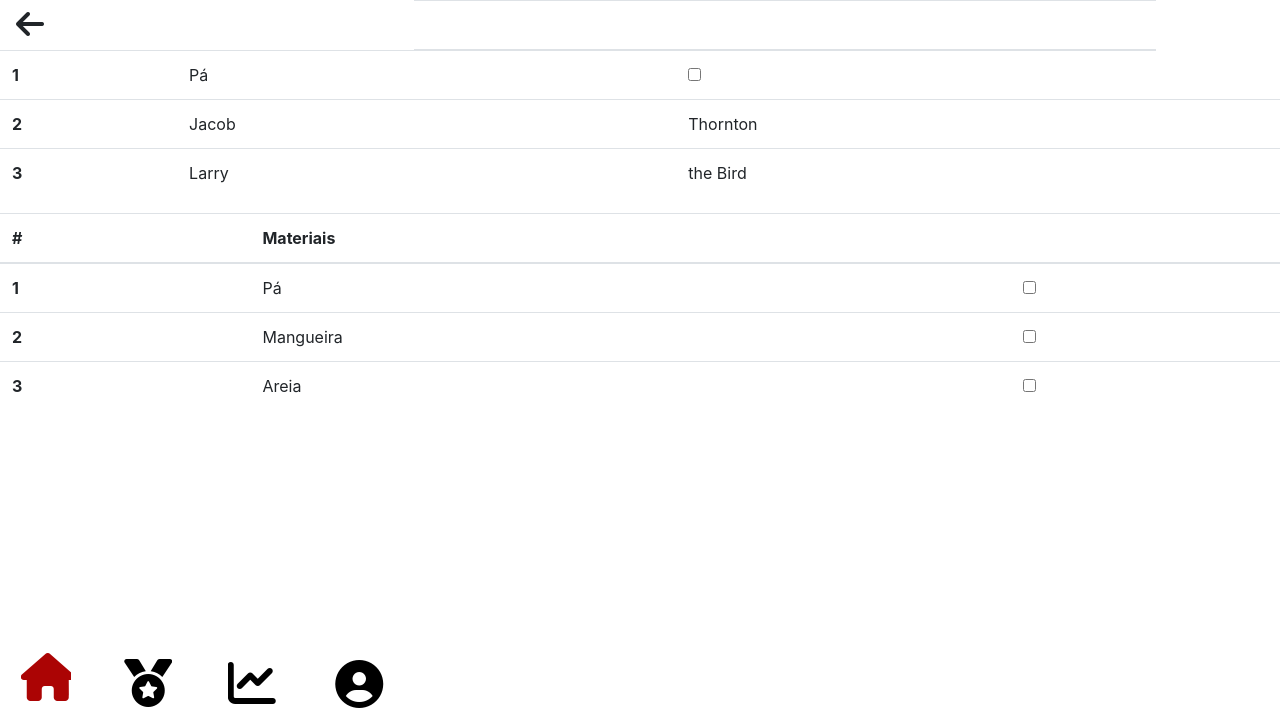
Repository: grupodetrabalhoeficiente/D213
Page: D213/Frontend/ConfirmarMateriais.html
The author's editor kept a record of every edit. The page is drawn from the files as they stood at one moment, then again after the next edit.
The browser window is 1280 px wide. The pictures show the whole page.
Some web libraries are served in a nearby version.

Above is the page before.

After the next edit:
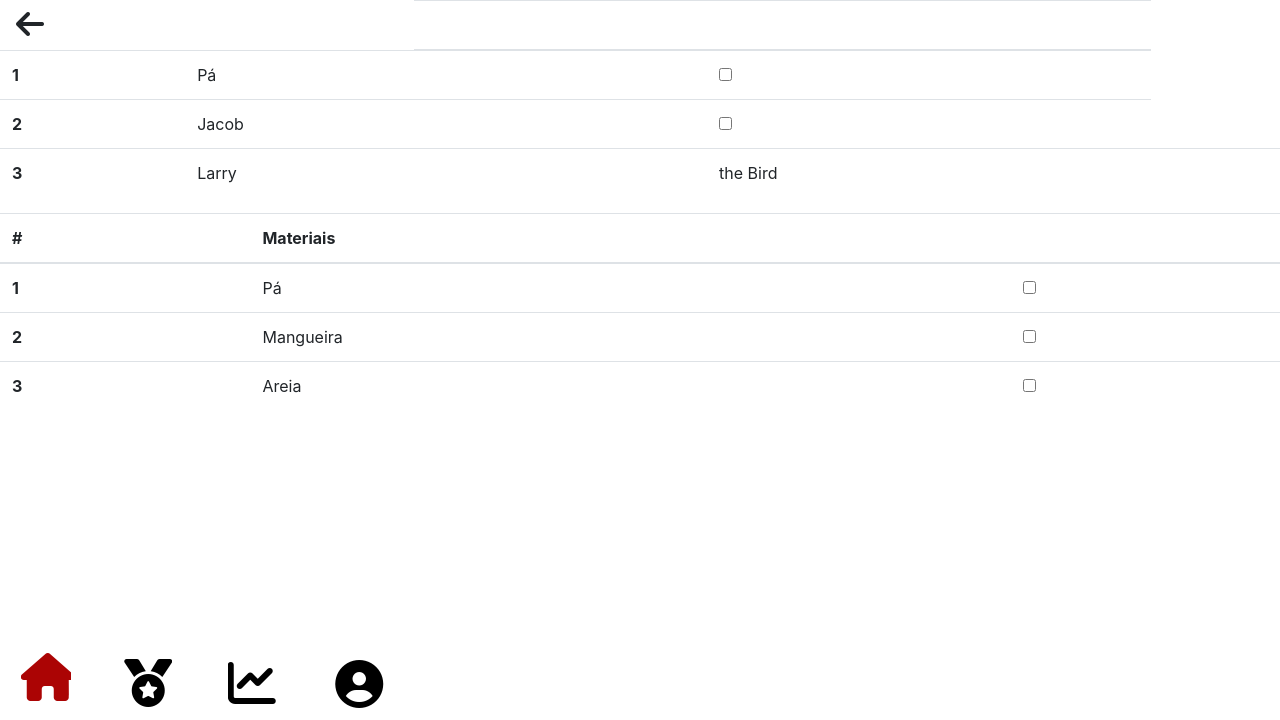
The edit:
--- a/D213/Frontend/ConfirmarMateriais.html
+++ b/D213/Frontend/ConfirmarMateriais.html
@@ -36,9 +36,8 @@
     <tr>
       <th scope="row">2</th>
       <td>Jacob</td>
-      <td>Thornton</td>
       <td>
-
+        <input type="checkbox" class="MaterialCheck"/>
       </td>
     </tr>
     <tr>
